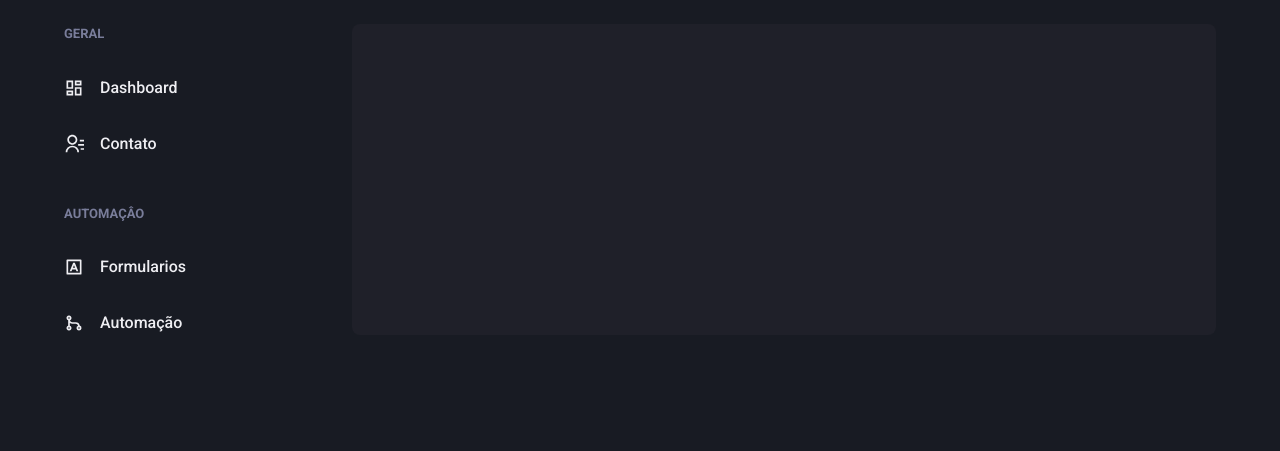
Repository: viniciusfg05/DashGo
Page: /users
The author's editor kept a copy of each file at every save. The page is drawn from the files as they stood at one save, then again after the next save.
The browser window is 1280 px wide. The pictures show the whole page.
The project was rebuilt for these pictures with package versions that can differ from the ones it lists, and the page was loaded fresh each time. The framework's server and built-in components were replaced by stand-ins that run in the browser. Also part of the build but not shown: next.config.js.

Above is the page before, as saved 2022-03-26 09:42:52.

After the next save:
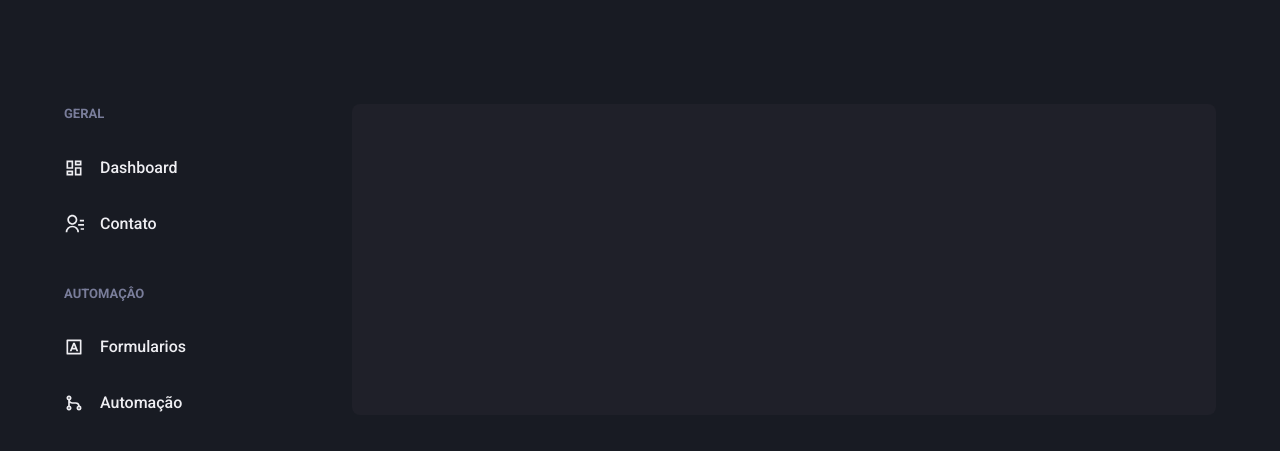
Saved 24 s later.
--- a/src/components/Header.tsx
+++ b/src/components/Header.tsx
@@ -5,7 +5,10 @@ export function Header() {
   return (
     <Flex
     as="header"
-    w='100%'>
+    w='100%'
+    maxWidth={1400}
+    h="20"
+    >
 
 
 
